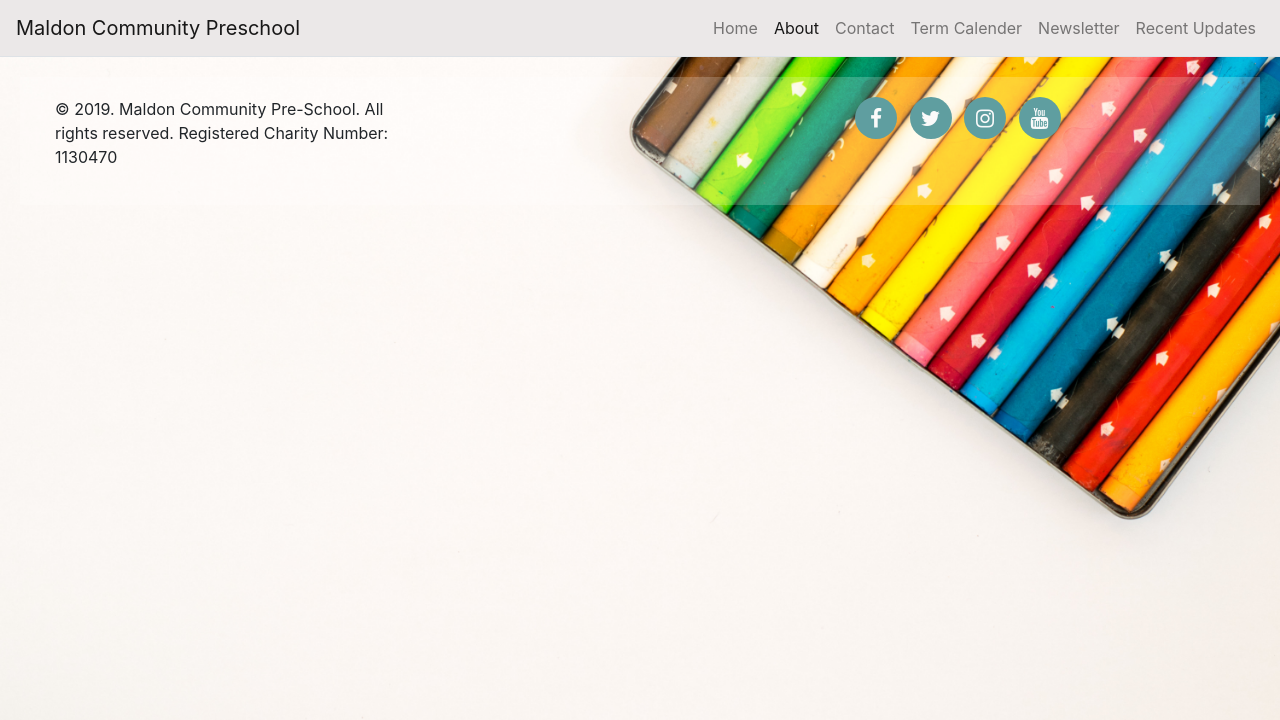
Repository: parkslee/milestone_1
Page: updates.html
The author's editor kept a record of every edit. The page is drawn from the files as they stood at one moment, then again after the next edit.
The browser window is 1280 px wide. The pictures show the whole page.
Some web libraries are served in a nearby version.

Above is the page before.

### updates.html
<!DOCTYPE html>
<html lang="en">

<head>
    <meta charset="UTF-8">
    <meta name="viewport" content="width=device-width, initial-scale=1.0">
    <meta http-equiv="X-UA-Compatible" content="ie=edge">
    <link rel="stylesheet" href="https://maxcdn.bootstrapcdn.com/bootstrap/4.2.1/css/bootstrap.min.css"
        type="text/css" />
    <link rel="stylesheet" href="https://maxcdn.bootstrapcdn.com/font-awesome/4.7.0/css/font-awesome.min.css"
        type="text/css" />
    <link rel="stylesheet" href="https://cdnjs.cloudflare.com/ajax/libs/hover.css/2.1.1/css/hover-min.css"
        type="text/css" />
    <link rel="stylesheet" href="assets\css\style.css">
    <title>About</title>
</head>

<body class="about-image">

    <header>
        <!----------------------------------------------------------------navigation-->
        <!-------------------added border bottom for a dividing line under nav---------->

        <div class="container-fullwidth">
            <nav class="navbar navbar-expand-lg navbar-light bg-light border-bottom update-nav">
                <a class="navbar-brand" href="./index.html">Maldon Community Preschool</a>
                <button class="navbar-toggler" type="button" data-toggle="collapse" data-target="#navbarNav"
                    aria-controls="navbarNav" aria-expanded="false" aria-label="Toggle navigation">
                    <span class="navbar-toggler-icon"></span>
                </button>
                <div class="collapse navbar-collapse" id="navbarNav">
                    <ul class="navbar-nav text-center ml-auto">
                        <li class="nav-item">

                            <a class="nav-link" href="./index.html">Home </a>
                        </li>
                        <li class="nav-item">
                            <a class="nav-link active" href="./about.html">About<span
                                    class="sr-only">(current)</span></a>
                        </li>
                        <li class="nav-item">
                            <a class="nav-link" href="./Contact.html">Contact</a>
                        </li>
                        <li class="nav-item">
                            <a class="nav-link" href="./calender.html">Term Calender</a>
                        </li>
                        <li class="nav-item">
                            <a class="nav-link" href="./newsletter.html">Newsletter</a>
                        </li>
                        <li class="nav-item">
                            <a class="nav-link" href="./updates.html">Recent Updates</a>
                        </li>
                    </ul>
                </div>
            </nav>
        </div>
    </header>






   <!---------------------------first footer only displayed on desktop view--------------->
    <!------https://medium.com/wdstack/bootstrap-4-hidden-visible-dd969a4c5854 tutorial for display properties bootstrap---->

<div class="container-fullwidth">
    <footer class="d-none d-sm-block">



            <div id="footer-details" class="row">
                <div class="col-sm-4">

                    <p class="inline-block charity">
                        © 2019. Maldon Community Pre-School. All rights reserved.
                        Registered Charity Number: 1130470 </p>
                </div>

                <div class="col-sm-4 ml-auto">

                    <ul class="list-inline social-links">
                        <li class="list-inline-item">
                            <a target="_blank" href="#">
                                <i class="fa fa-facebook" aria-hidden="true"></i>
                                <span class="sr-only">Facebook</span>
                            </a>
                        </li>
                        <li class="list-inline-item">
                            <a target="_blank" href="#">
                                <i class="fa fa-twitter" aria-hidden="true"></i>
                                <span class="sr-only">Twitter</span>
                            </a>
                        </li>

                        <li class="list-inline-item">
                            <a target="_blank" href="#">
                                <i class="fa fa-instagram" aria-hidden="true"></i>
                                <span class="sr-only">Instagram</span>
                            </a>
                        </li>
                        <li class="list-inline-item">
                            <a target="_blank" href="#">
                                <i class="fa fa-youtube" aria-hidden="true"></i>
                                <span class="sr-only">YouTube</span>
                            </a>
                        </li>
                    </ul>
                </div>
            </div>



        </div>
    </footer>

    <!----second footer for mobile view (charity number hidden as to cluttered on mobile view)  -->
    <!------https://medium.com/wdstack/bootstrap-4-hidden-visible-dd969a4c5854 tutorial for display properties bootstrap---->
    <footer class="d-md-none">



        <div id="footer-mobile">





            <ul class="list-inline social-links">
                <li class="list-inline-item">
                    <a target="_blank" href="#">
                        <i class="fa fa-facebook" aria-hidden="true"></i>
                        <span class="sr-only">Facebook</span>
                    </a>
                </li>



                <li class="list-inline-item">
                    <a target="_blank" href="#">
                        <i class="fa fa-instagram" aria-hidden="true"></i>
                        <span class="sr-only">Instagram</span>
                    </a>
                </li>
                <li class="list-inline-item">
                    <a target="_blank" href="#">
                        <i class="fa fa-youtube" aria-hidden="true"></i>
                        <span class="sr-only">YouTube</span>
                    </a>
                </li>
            </ul>

        </div>




    </footer>


    <script src="https://code.jquery.com/jquery-3.3.1.slim.min.js"
        integrity="sha384-q8i/X+965DzO0rT7abK41JStQIAqVgRVzpbzo5smXKp4YfRvH+8abtTE1Pi6jizo"
        crossorigin="anonymous"></script>
    <script src="https://cdnjs.cloudflare.com/ajax/libs/popper.js/1.14.7/umd/popper.min.js"
        integrity="sha384-UO2eT0CpHqdSJQ6hJty5KVphtPhzWj9WO1clHTMGa3JDZwrnQq4sF86dIHNDz0W1"
        crossorigin="anonymous"></script>
    <script src="https://stackpath.bootstrapcdn.com/bootstrap/4.3.1/js/bootstrap.min.js"
        integrity="sha384-JjSmVgyd0p3pXB1rRibZUAYoIIy6OrQ6VrjIEaFf/nJGzIxFDsf4x0xIM+B07jRM"
        crossorigin="anonymous"></script>
</body>

</html>

### assets/css/style.css
/*----------index---------*/

.bgimage {
    background-image: url(../images/home-bg.jpg);
    background-size: cover;

    height: 100vh;
    background-repeat: no-repeat;
}

.bg-light {
    background-color: rgb(255, 255, 255, 0.0) !important;
}

.jumbotron {
    margin: 5% 5%;
    box-shadow: 10px 10px rgb(95, 158, 160, 0.5);
    background-color: rgb(255, 240, 245, 0.8);
}

.row {
    margin: 20px;
}

.btn-primary {
    color: #fafafa;
    background-color: #866ecd;
    border-color: #866ccd;
}

.newsletter {
    background-color:rgb(255, 255, 255, 0.5);
    position: relative;
    color: #f1efef;

}
.newsletter h1{
    text-align: center;
}

.updates-index {
    background-color: rgb(95, 158, 160,0.5);
    color:#f1efef;
}

.updates-content h1{
    text-align: center;
}

.social-links {
    padding-bottom: 0px;
}

.social-links li a i {
    width: 42px;
    height: 42px;
    padding: 12px 0;
    border-radius: 50%;
    font-size: 21px;
    line-height: 19px;
    text-align: center;
    color: #fafafa;
    background: cadetblue;
    transition: all 0.35s ease-in-out;
    -moz-transition: all 0.35s ease-in-out;
    -webkit-transition: all 0.35s ease-in-out;
    -o-transition: all 0.35s ease-in-out;
}

.social-links li a i:hover {
    background: #e84610;
}

#footer-details {
    padding: 20px;
    background-color: rgb(255, 255, 255, 0.2);
    position: relative;
    left: 0;
    bottom: 0;
}

#footer-mobile {
    padding: 20px;
    background-color: rgb(255, 255, 255, 0.0);
    width: 100%;
    text-align: center;
}

/*----contact page----*/

.contact-image {
    background-image: url(../images/contact-bg.jpg);
    background-size: cover;
    height: 100%;
    background-repeat: no-repeat;
}

form{
    margin: 20px;
}

.form-control{
    background-color: rgb(255, 240, 245,0.8);
}

.contact-btn{
    background-color: cadetblue;
    border-color: cadetblue;
}

/*---- About---*/
.about-image{
    background-image: url(../images/about-bg.jpg);
    background-size: cover;
    height: 100vh;
    background-repeat: no-repeat;
    background-position: 55%;

}

.about-content{
    text-align: center;

}

/*----calender---*/
.calender-image{
    background-color: #866ccd;
}

/*----------------------time line------------*/
.timeline {
    list-style: none;
    padding: 20px 0 20px;
    position: relative;
}

    .timeline:before {
        top: 0;
        bottom: 0;
        position: absolute;
        content: " ";
        width: 3px;
        background-color: #eeeeee;
        left: 50%;
        margin-left: -1.5px;
    }

    .timeline > li {
        margin-bottom: 20px;
        position: relative;
    }

        .timeline > li:before,
        .timeline > li:after {
            content: " ";
            display: table;
        }

        .timeline > li:after {
            clear: both;
        }

        .timeline > li:before,
        .timeline > li:after {
            content: " ";
            display: table;
        }

        .timeline > li:after {
            clear: both;
        }

        .timeline > li > .timeline-panel {
            width: 46%;
            float: left;
            border: 1px solid #d4d4d4;
            border-radius: 2px;
            padding: 20px;
            position: relative;
            -webkit-box-shadow: 0 1px 6px rgba(0, 0, 0, 0.175);
            box-shadow: 0 1px 6px rgba(0, 0, 0, 0.175);
        }

            .timeline > li > .timeline-panel:before {
                position: absolute;
                top: 26px;
                right: -15px;
                display: inline-block;
                border-top: 15px solid transparent;
                border-left: 15px solid #ccc;
                border-right: 0 solid #ccc;
                border-bottom: 15px solid transparent;
                content: " ";
            }

            .timeline > li > .timeline-panel:after {
                position: absolute;
                top: 27px;
                right: -14px;
                display: inline-block;
                border-top: 14px solid transparent;
                border-left: 14px solid #fff;
                border-right: 0 solid #fff;
                border-bottom: 14px solid transparent;
                content: " ";
            }

        .timeline > li > .timeline-badge {
            color: #fff;
            width: 50px;
            height: 50px;
            line-height: 50px;
            font-size: 1.4em;
            text-align: center;
            position: absolute;
            top: 16px;
            left: 50%;
            margin-left: -25px;
            background-color: #999999;
            z-index: 100;
            border-top-right-radius: 50%;
            border-top-left-radius: 50%;
            border-bottom-right-radius: 50%;
            border-bottom-left-radius: 50%;
        }

        .timeline > li.timeline-inverted > .timeline-panel {
            float: right;
        }

            .timeline > li.timeline-inverted > .timeline-panel:before {
                border-left-width: 0;
                border-right-width: 15px;
                left: -15px;
                right: auto;
            }

            .timeline > li.timeline-inverted > .timeline-panel:after {
                border-left-width: 0;
                border-right-width: 14px;
                left: -14px;
                right: auto;
            }

.timeline-badge.primary {
    background-color: #2e6da4 !important;
}

.timeline-badge.success {
    background-color: #3f903f !important;
}

.timeline-badge.warning {
    background-color: #f0ad4e !important;
}

.timeline-badge.danger {
    background-color: #d9534f !important;
}

.timeline-badge.info {
    background-color: #5bc0de !important;
}

.timeline-title {
    margin-top: 0;
    color: inherit;
}

.timeline-body > p,
.timeline-body > ul {
    margin-bottom: 0;
}

    .timeline-body > p + p {
        margin-top: 5px;
    }

@media (max-width: 767px) {
    ul.timeline:before {
        left: 40px;
    }

    ul.timeline > li > .timeline-panel {
        width: calc(100% - 90px);
        width: -moz-calc(100% - 90px);
        width: -webkit-calc(100% - 90px);
    }

    ul.timeline > li > .timeline-badge {
        left: 15px;
        margin-left: 0;
        top: 16px;
    }

    ul.timeline > li > .timeline-panel {
        float: right;
    }

        ul.timeline > li > .timeline-panel:before {
            border-left-width: 0;
            border-right-width: 15px;
            left: -15px;
            right: auto;
        }

        ul.timeline > li > .timeline-panel:after {
            border-left-width: 0;
            border-right-width: 14px;
            left: -14px;
            right: auto;
        }
}

/*----newsletter---*/
.newsletter-image{
    background-image: url(../images/newsletter-bg.jpg);
    background-size: cover;
    height: 100%;
    background-repeat: no-repeat;
    background-position: 75%;
}



.newsletter-content{
    color:#fafafa;
}

.newsletter-content h1{
    text-align: center;
}


/*----updates---*/
.updates-image{
    background-image: url(../images/updates-bg.jpg);
    background-size: cover;
    height: 100%;
    background-repeat: no-repeat;
    background-position: 50%;
}

.updates{
    color: #fafafa;
}

.update-nav {
    background-color: rgb(235, 232, 232) !important;
}
/*---- media---*/

@media only screen and (min-width: 768px) {
    .bgimage {
        height: 100%;

    }

    .footer-details {
        position: absolute;
    }

    /*---contact page----*/
    form{
        margin: 50px;
    }

    .contact-image {
        height: 100%;

    }

}

After the next edit:
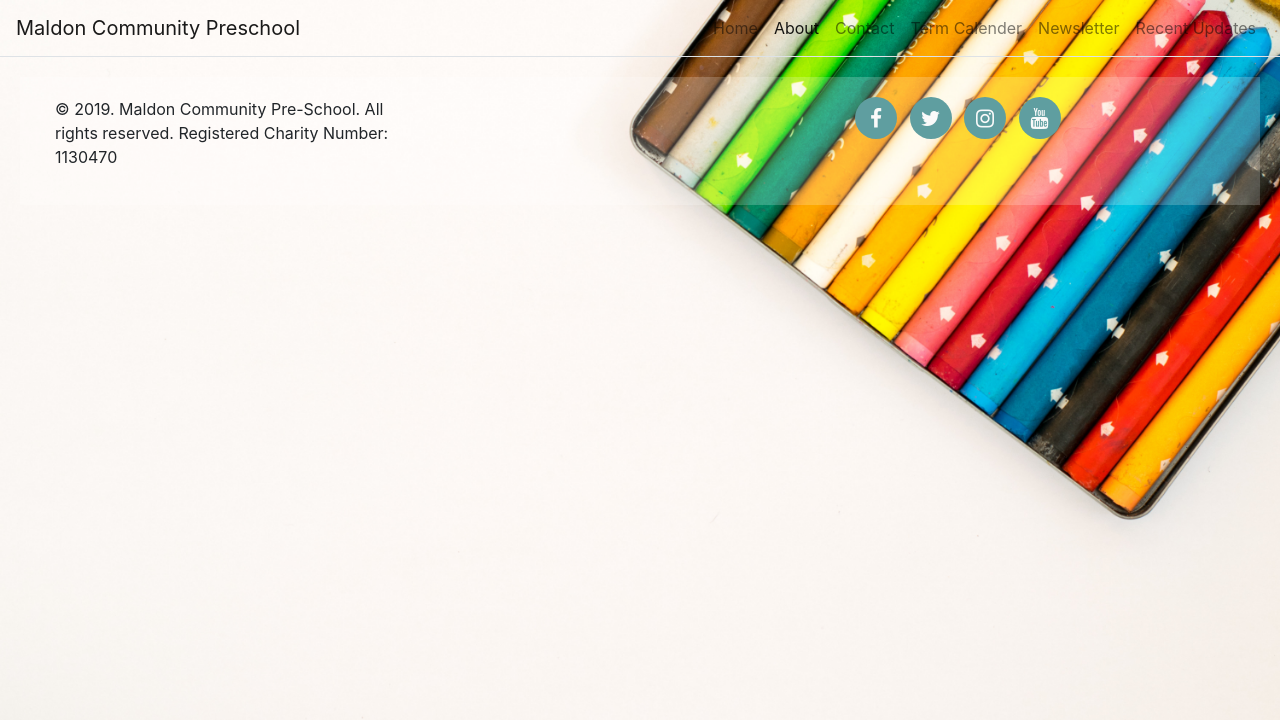
The edit:
--- a/updates.html
+++ b/updates.html
@@ -22,7 +22,7 @@
         <!-------------------added border bottom for a dividing line under nav---------->
 
         <div class="container-fullwidth">
-            <nav class="navbar navbar-expand-lg navbar-light bg-light border-bottom update-nav">
+            <nav class="navbar navbar-expand-lg navbar-light bg-light border-bottom">
                 <a class="navbar-brand" href="./index.html">Maldon Community Preschool</a>
                 <button class="navbar-toggler" type="button" data-toggle="collapse" data-target="#navbarNav"
                     aria-controls="navbarNav" aria-expanded="false" aria-label="Toggle navigation">
